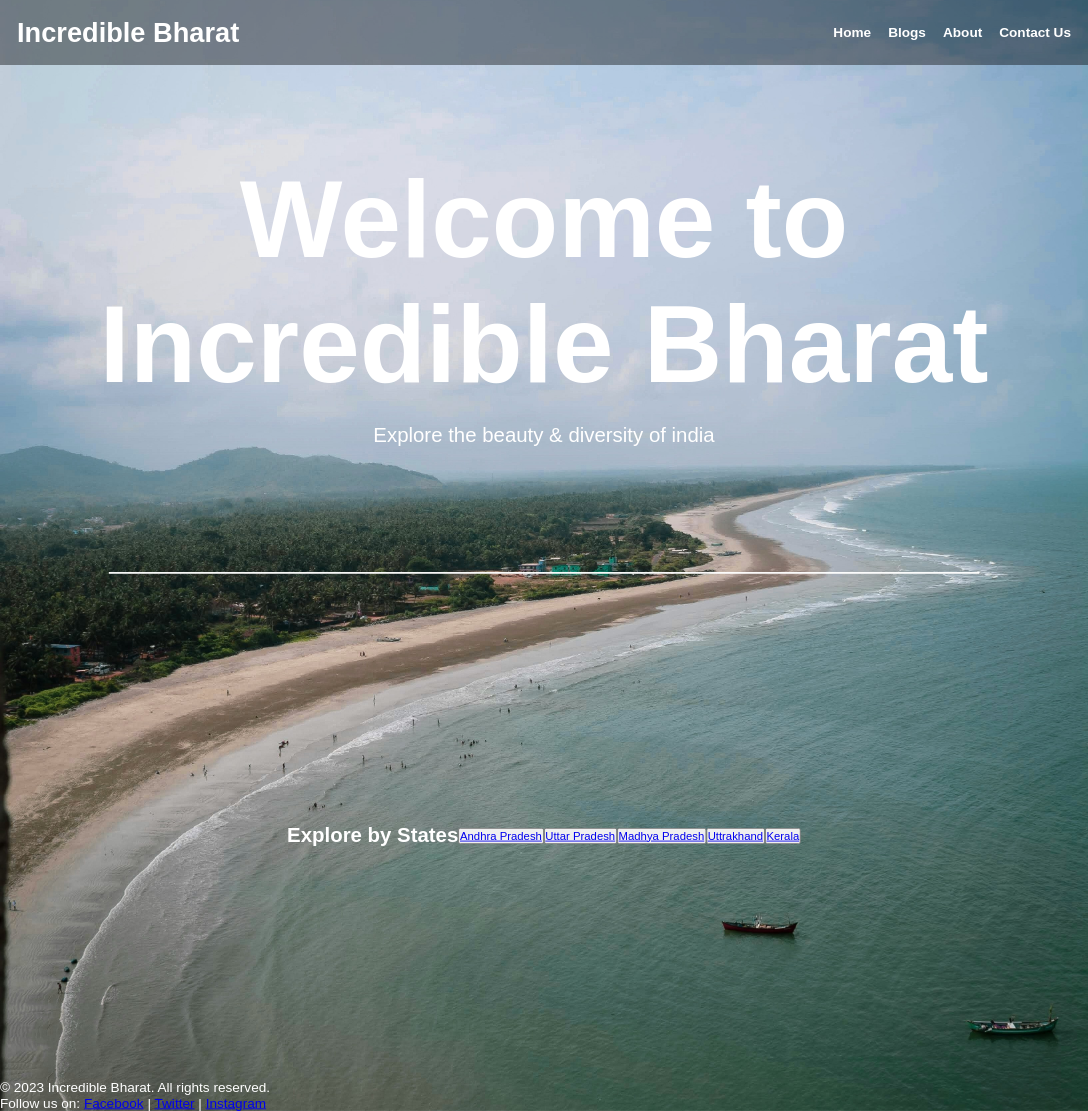
Repository: jaidhiman111/incrediblebharat
Page: index.html
These files come from the project's save history. The page is drawn as it stood at one moment and after the next save; the edit follows.
The browser window is 1280 px wide. The pictures show the whole page, at 85% of full size.

Above is the page before, as saved 2025-04-30 22:12:22.

After the next save:
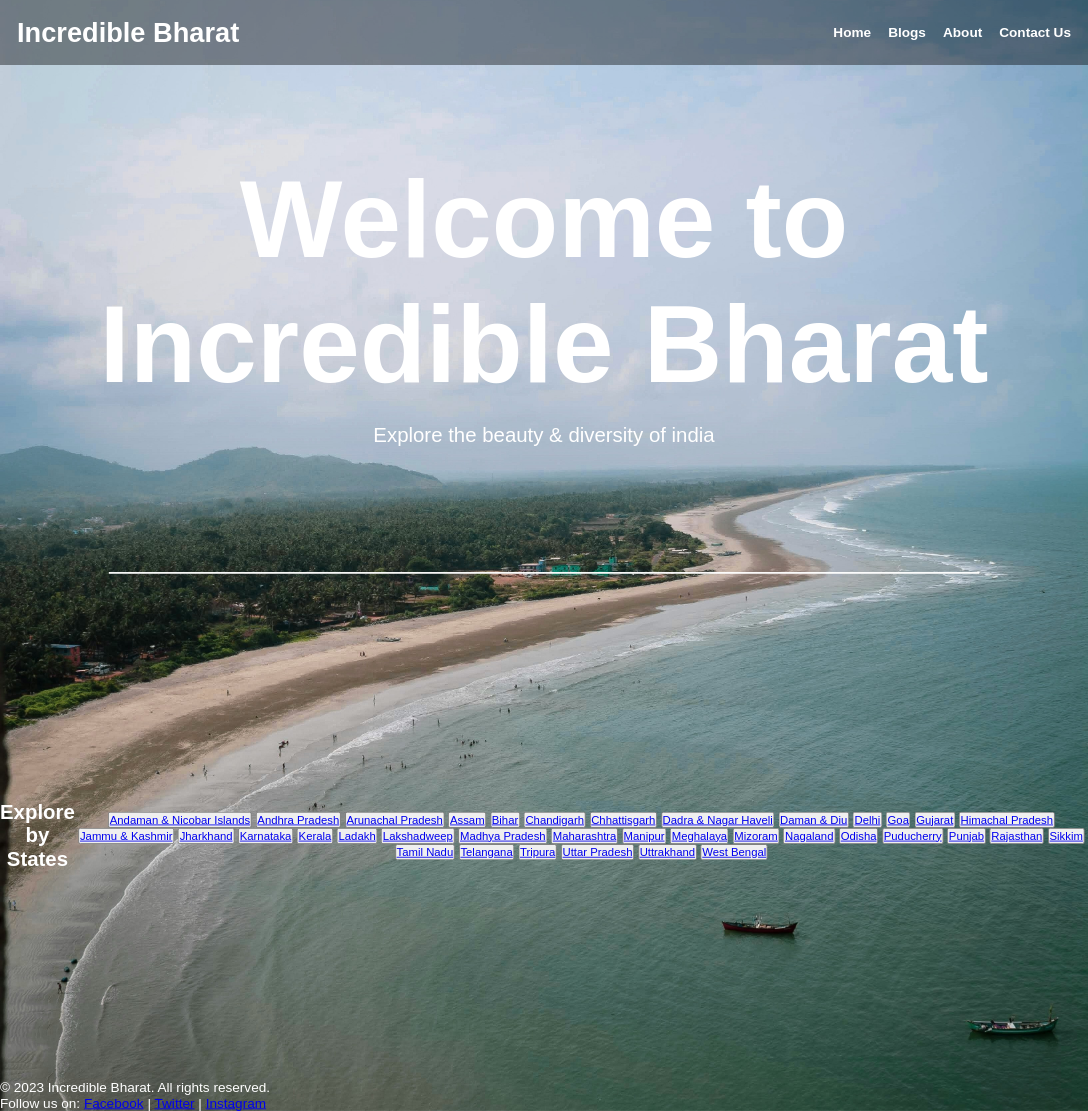
Saved 12 min 1 s later.
--- a/index.html
+++ b/index.html
@@ -33,12 +33,46 @@
         </section>
         <hr>
         <section class="state-section">
+        <div>
             <h2>Explore by States</h2>
+        </div>
+        <div class="state-button"><button type="button"><a href="#">Andaman & Nicobar Islands</a></button>
             <button type="button"><a href="#">Andhra Pradesh</a></button>
+            <button type="button"><a href="#">Arunachal Pradesh</a></button>
+            <button type="button"><a href="#">Assam</a></button>
+            <button type="button"><a href="#">Bihar</a></button>
+            <button type="button"><a href="#">Chandigarh</a></button>
+            <button type="button"><a href="#">Chhattisgarh</a></button>
+            <button type="button"><a href="#">Dadra & Nagar Haveli</a></button>
+            <button type="button"><a href="#">Daman & Diu</a></button>
+            <button type="button"><a href="#">Delhi</a></button>
+            <button type="button"><a href="#">Goa</a></button>
+            <button type="button"><a href="#">Gujarat</a></button>
+            <button type="button"><a href="#">Himachal Pradesh</a></button>
+            <button type="button"><a href="#">Jammu & Kashmir</a></button>
+            <button type="button"><a href="#">Jharkhand</a></button>
+            <button type="button"><a href="#">Karnataka</a></button>
+            <button type="button"><a href="#">Kerala</a></button>
+            <button type="button"><a href="#">Ladakh</a></button>
+            <button type="button"><a href="#">Lakshadweep</a></button>
+            <button type="button"><a href="#">Madhya Pradesh</a></button>
+            <button type="button"><a href="#">Maharashtra</a></button>
+            <button type="button"><a href="#">Manipur</a></button>
+            <button type="button"><a href="#">Meghalaya</a></button>
+            <button type="button"><a href="#">Mizoram</a></button>
+            <button type="button"><a href="#">Nagaland</a></button>
+            <button type="button"><a href="#">Odisha</a></button>
+            <button type="button"><a href="#">Puducherry</a></button>
+            <button type="button"><a href="#">Punjab</a></button>
+            <button type="button"><a href="#">Rajasthan</a></button>
+            <button type="button"><a href="#">Sikkim</a></button>
+            <button type="button"><a href="#">Tamil Nadu</a></button>
+            <button type="button"><a href="#">Telangana</a></button>
+            <button type="button"><a href="#">Tripura</a></button>
             <button type="button"><a href="#">Uttar Pradesh</a></button>
-            <button type="button"><a href="#">Madhya Pradesh</a></button>
             <button type="button"><a href="#">Uttrakhand</a></button>
-            <button type="button"><a href="#">Kerala</a></button>
+            <button type="button"><a href="#">West Bengal</a></button>
+
         </section>
      </main>
      <!-- This is the footer of the page. -->
